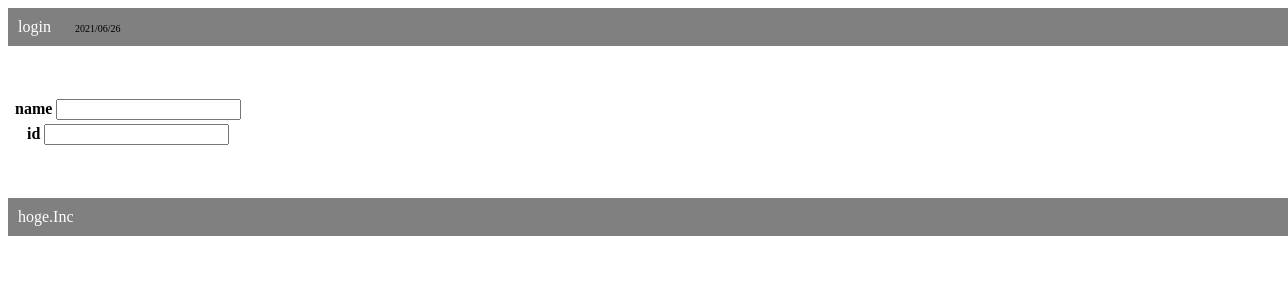
Repository: genki-iwai/curriculum
Page: http://localhost/Check3/
An editor plug-in stored every save of this project. The page is shown before and after the next save, followed by the edit.
The browser window is 1280 px wide. The page is 1288 px wide, so the pictures cover 1288 px, including what lies to the right of the window. The pictures show the whole page.
The page is served by Tomcat 9.

Above is the page before, as saved 2021-07-06 21:05:53.

After the next save:
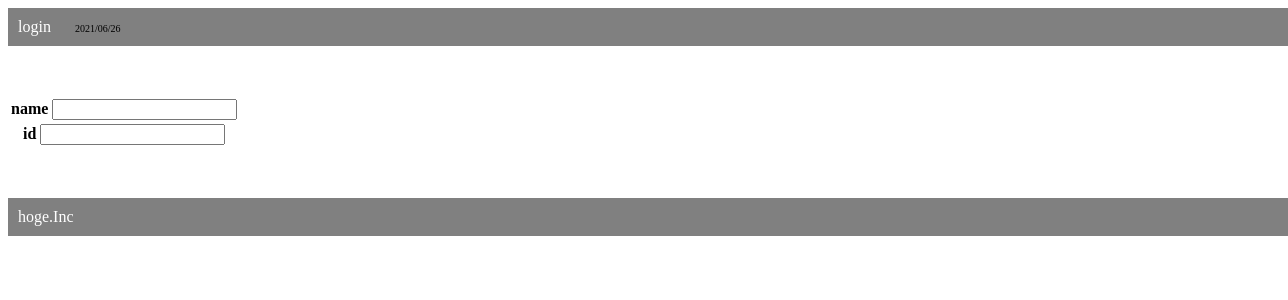
Saved 90 s later.
--- a/JavaStudy/Check3/WebContent/jspTest.jsp
+++ b/JavaStudy/Check3/WebContent/jspTest.jsp
@@ -10,18 +10,14 @@
 <body>
 <div class="wrapper">
 <%@ include file="header.jsp" %>
-	<div class="main">
-		<table>
+	<table class="main">
 			<tr>
-				<td></td>
 				<th>name <input type = "text"></th>
 			</tr>
 			<tr>
-			<td></td>
 				<th>id <input type = "text"></th>
 			</tr>
-		</table>
-	</div>
+	</table>
 </div>
 <%@ include file="footer.jsp" %>
 </body>
